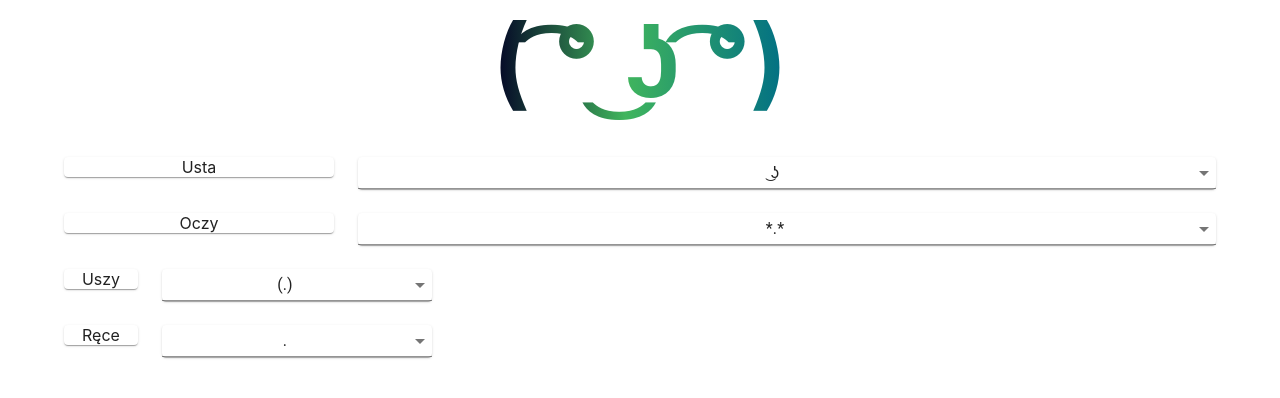
Repository: ogigg/react-Lenny-generator
Page: / (app in lenny-generator/)
The author's editor kept a copy of each file at every save. The page is drawn from the files as they stood at one save, then again after a run of saves.
The browser window is 1280 px wide. The pictures show the whole page.
The project was rebuilt for these pictures with package versions that can differ from the ones it lists, and the page was loaded fresh each time.

Above is the page before, as saved 2019-12-12 20:53:35.

After the next 2 saves:
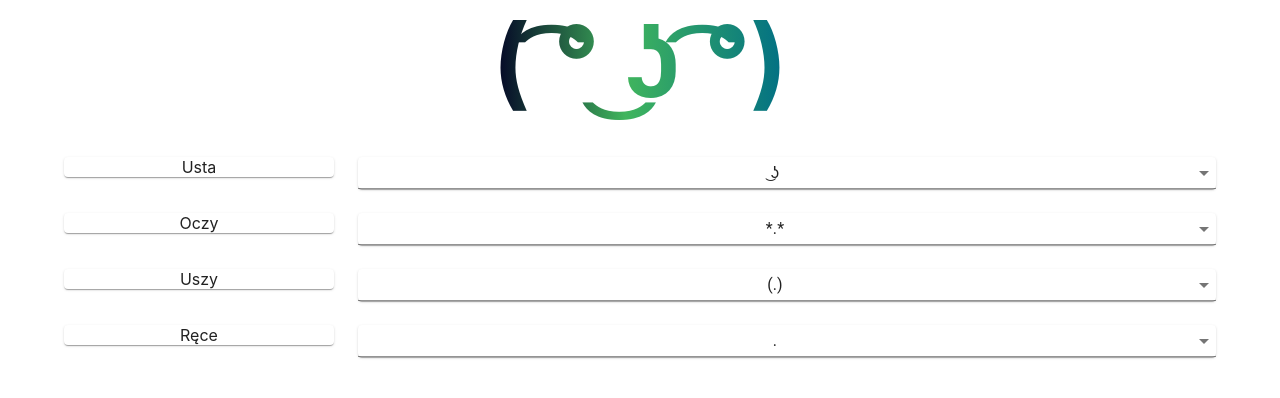
The 2 saves are shown as one change because they came seconds apart.
The last was saved 9 s later.
--- a/lenny-generator/src/App.js
+++ b/lenny-generator/src/App.js
@@ -93,10 +93,10 @@
             </Grid>
           </Grid>
           <Grid container item spacing={3}>
-            <Grid item xs={1}>
+            <Grid item xs={3}>
               <Paper>Uszy</Paper>
             </Grid>
-            <Grid item xs={3}>
+            <Grid item xs={9}>
               <Paper>
                 <Select
                   className="select"
@@ -110,10 +110,10 @@
             </Grid>
           </Grid>
           <Grid container item spacing={3}>
-            <Grid item xs={1}>
+            <Grid item xs={3}>
               <Paper>Ręce</Paper>
             </Grid>
-            <Grid item xs={3}>
+            <Grid item xs={9}>
               <Paper>
                 <Select
                   className="select"
